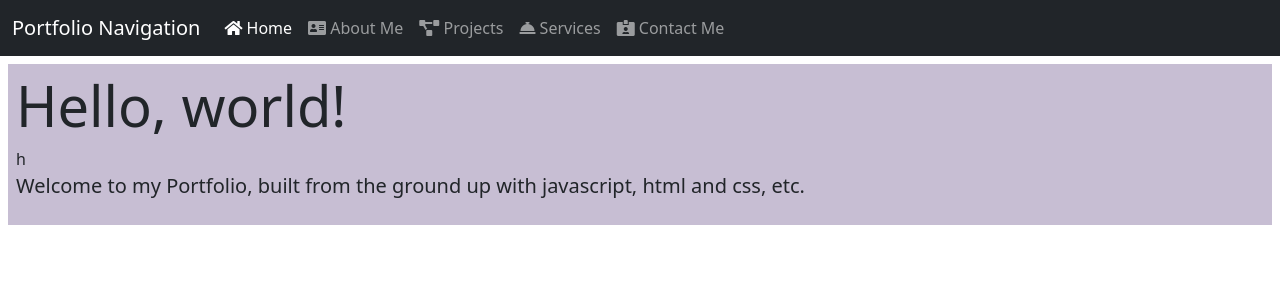
Repository: GarlicButterBoy/Portfolio
Page: index.html
The author's editor kept a copy of each file at every save. The page is drawn from the files as they stood at one save, then again after the next save.
The browser window is 1280 px wide. The page is 1284 px wide, so the pictures cover 1284 px, including what lies to the right of the window. The pictures show the whole page.

Above is the page before, as saved 2021-05-31 11:50:43.

After the next save:
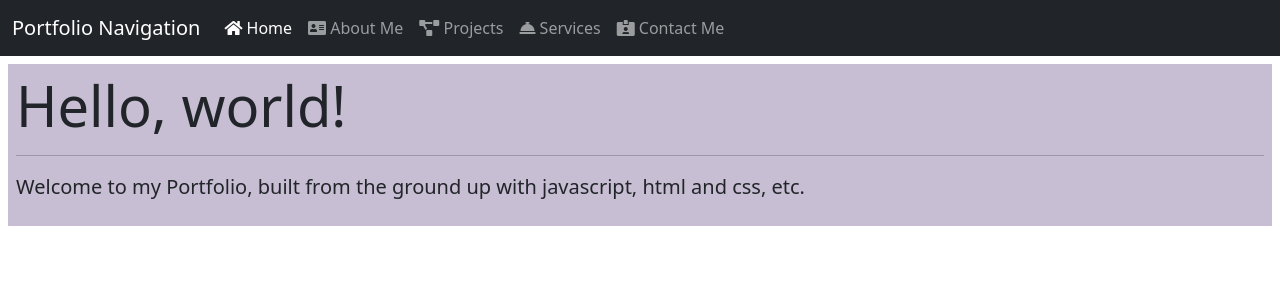
Saved 10 s later.
--- a/index.html
+++ b/index.html
@@ -34,7 +34,7 @@
         <div class="row">
           <div class="col">
             <main class="jumbotron p-2">
-              <h1 class="display-4">Hello, world!</h1>h
+              <h1 class="display-4">Hello, world!</h1><hr/>
               <p class="lead">Welcome to my Portfolio, built from the ground up with javascript, html and css, etc.</p>
             </main>
           </div>
